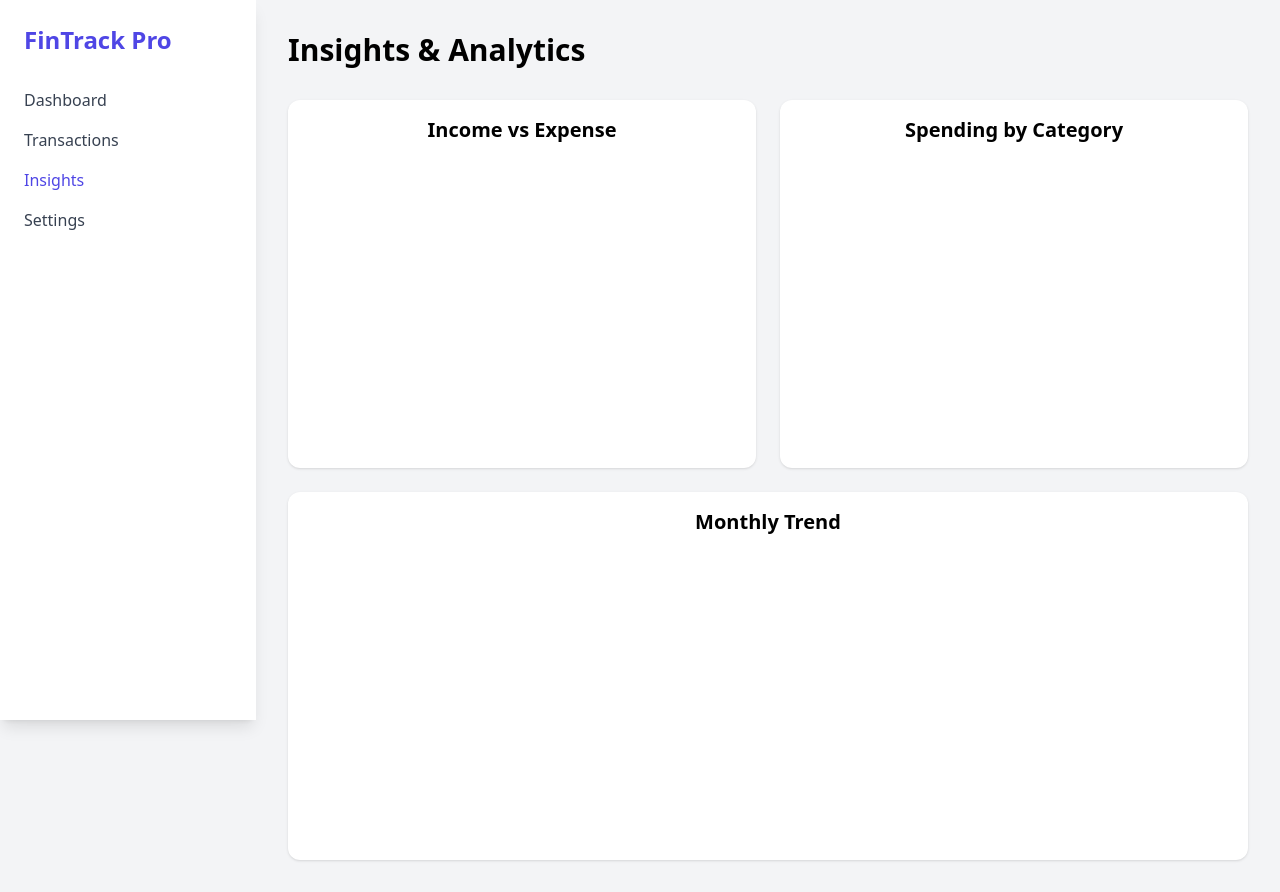
Repository: Shashank1-6/ExpensaX-Personal-Finance-Web-App
Page: frontend/insights.html
The author's editor kept a copy of each file at every save. The page is drawn from the files as they stood at one save, then again after the next save.
The browser window is 1280 px wide. The pictures show the whole page.
Some web libraries are served in a nearby version.

Above is the page before, as saved 2025-11-22 20:46:02.
Console error (its wording comes from the project's code and is left out).

After the next save:
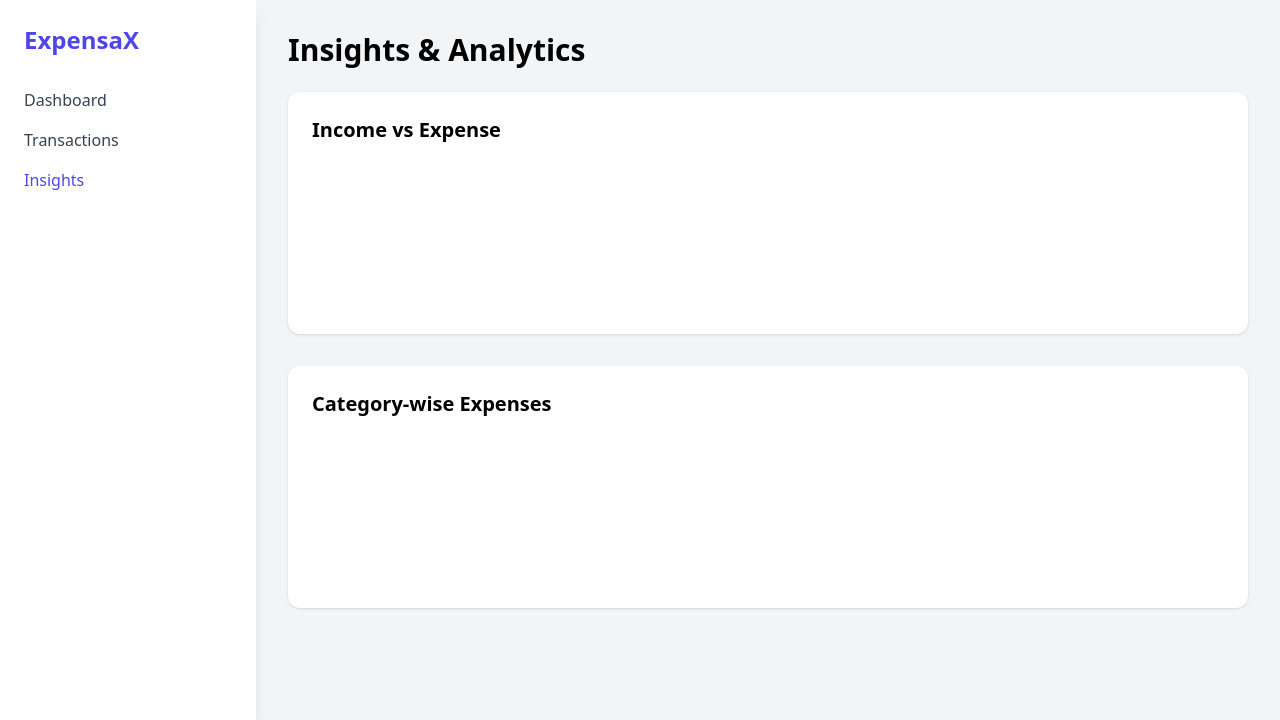
Saved 16 s later.
--- a/frontend/insights.html
+++ b/frontend/insights.html
@@ -1,13 +1,12 @@
 <!DOCTYPE html>
 <html lang="en">
 <head>
-  <meta charset="UTF-8" />
-  <meta name="viewport" content="width=device-width, initial-scale=1.0" />
-  <title>FinTrack Pro - Insights</title>
+  <meta charset="UTF-8">
+  <meta name="viewport" content="width=device-width, initial-scale=1.0">
+  <title>ExpensaX - Insights</title>
 
   <script src="https://cdn.tailwindcss.com"></script>
-
-  <!-- Chart.js CDN -->
+  <!-- Chart.js -->
   <script src="https://cdn.jsdelivr.net/npm/chart.js"></script>
 </head>
 
@@ -15,46 +14,33 @@
 
   <!-- Sidebar -->
   <aside class="w-64 h-screen bg-white shadow-lg fixed left-0 top-0 p-6">
-    <h2 class="text-2xl font-bold text-indigo-600 mb-8">FinTrack Pro</h2>
+    <h2 class="text-2xl font-bold text-indigo-600 mb-8">ExpensaX</h2>
 
     <nav class="space-y-4">
       <a href="index.html" class="block font-medium text-gray-700 hover:text-indigo-600">Dashboard</a>
       <a href="transactions.html" class="block font-medium text-gray-700 hover:text-indigo-600">Transactions</a>
       <a href="insights.html" class="block font-medium text-indigo-600">Insights</a>
-      <a href="#" class="block font-medium text-gray-700 hover:text-indigo-600">Settings</a>
     </nav>
   </aside>
 
   <!-- Main Content -->
   <main class="ml-64 w-full p-8">
+    <h1 class="text-3xl font-bold mb-6">Insights & Analytics</h1>
 
-    <h1 class="text-3xl font-bold mb-8">Insights & Analytics</h1>
+    <!-- Income vs Expense Pie -->
+    <section class="bg-white p-6 rounded-xl shadow mb-8">
+      <h2 class="text-xl font-semibold mb-4">Income vs Expense</h2>
+      <canvas id="pieChart"></canvas>
+    </section>
 
-    <div class="grid grid-cols-1 md:grid-cols-2 gap-6">
-      <!-- Income vs Expense Donut -->
-      <div class="bg-white shadow rounded-xl p-4">
-        <h2 class="text-xl mb-2 font-semibold text-center">Income vs Expense</h2>
-        <canvas id="donutChart" height="300"></canvas>
-      </div>
-
-      <!-- Category bar chart -->
-      <div class="bg-white shadow rounded-xl p-4">
-        <h2 class="text-xl mb-2 font-semibold text-center">Spending by Category</h2>
-        <canvas id="categoryChart" height="300"></canvas>
-      </div>
-
-      <!-- Trend line chart -->
-      <div class="bg-white shadow rounded-xl p-4 md:col-span-2">
-        <h2 class="text-xl mb-2 font-semibold text-center">Monthly Trend</h2>
-        <canvas id="trendChart" height="300"></canvas>
-      </div>
-    </div>
-
+    <!-- Category bar chart -->
+    <section class="bg-white p-6 rounded-xl shadow mb-8">
+      <h2 class="text-xl font-semibold mb-4">Category-wise Expenses</h2>
+      <canvas id="barChart"></canvas>
+    </section>
   </main>
 
-  <!-- Scripts -->
   <script type="module" src="js/api.js"></script>
   <script type="module" src="js/insights.js"></script>
-
 </body>
 </html>
